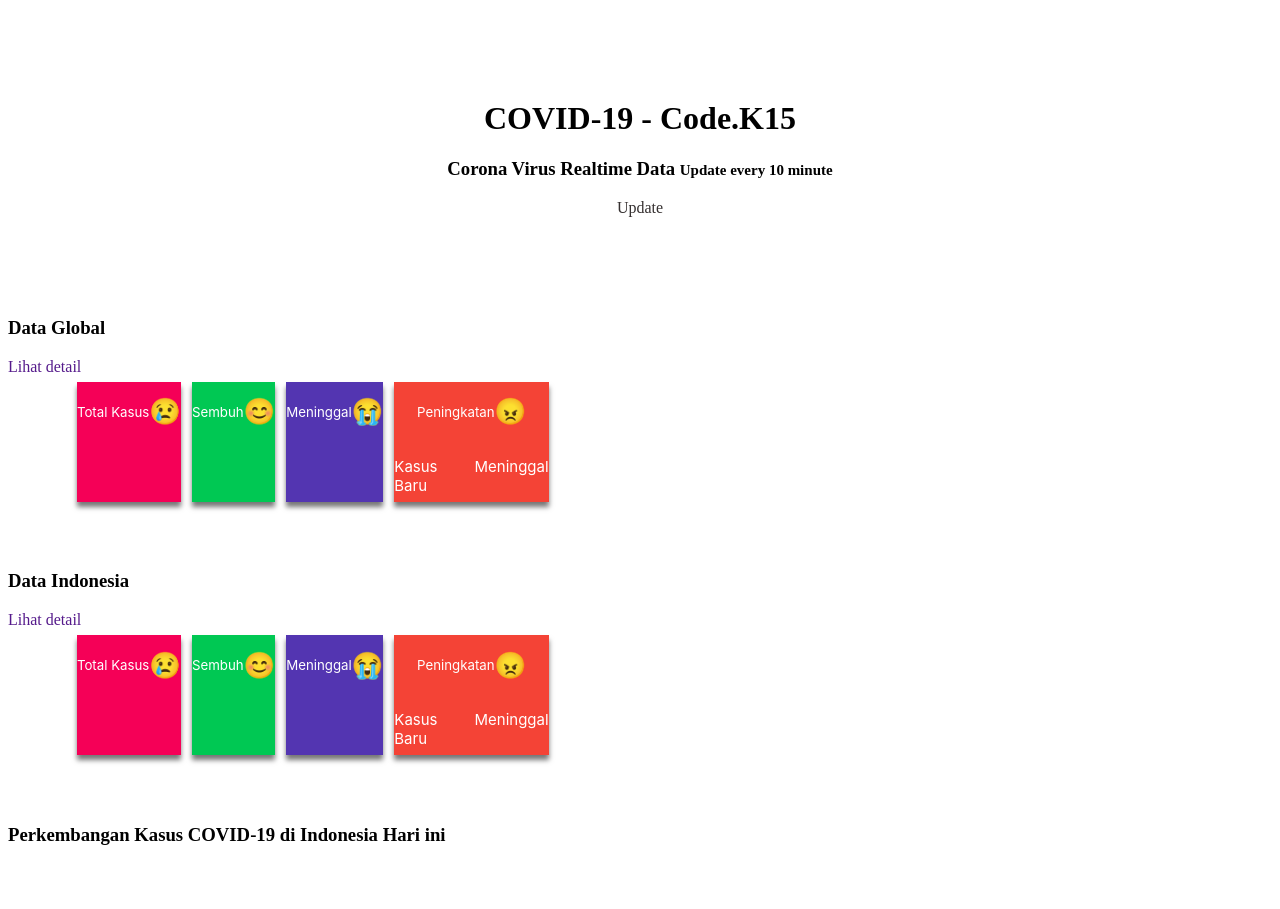
Repository: fathur15/covid19-monitoring
Page: http://localhost/covid19/apps/views/data/main/dashboard.php
These files come from the project's save history. The page is drawn as it stood at one moment and after the next save; the edit follows.
The browser window is 1280 px wide. The pictures show the whole page.
The page is run by PHP 8.4 with error messages shown; the project is at /var/www/html/.

Above is the page before, as saved 2020-04-14 13:35:51.

### apps/views/data/main/dashboard.php

<style>

    #resumeGlobal p, h5{
        color: white;
        font-weight: 400;
        font-family: -apple-system, BlinkMacSystemFont, 'Segoe UI', Roboto, Oxygen, Ubuntu, Cantarell, 'Open Sans', 'Helvetica Neue', sans-serif
    }
    #resumeIndonesia p, h5{
        color: white;
        font-weight: 400;
        font-family: -apple-system, BlinkMacSystemFont, 'Segoe UI', Roboto, Oxygen, Ubuntu, Cantarell, 'Open Sans', 'Helvetica Neue', sans-serif
    }
    .shadow-box{
        -webkit-box-shadow: 0 15px 10px #777;
        -moz-box-shadow: 0 15px 10px #777;
        box-shadow: 0 5px 5px #777;

    }
    .content-main-wrapper{
        margin: 5% 0;
    }
    /* .shadow-box:after{
        -webkit-transform: rotate(3deg);
        -moz-transform: rotate(3deg);
        -o-transform: rotate(3deg);
        -ms-transform: rotate(3deg);
        transform: rotate(3deg);
        right: 10px;
        left: auto;
    } */

</style>
<div class="content">
    <div class="heading" style="margin: 100px 30%; text-align: center">
        <h1>COVID-19 - Code.K15</h1>
        <h3>Corona Virus Realtime Data <small style="font-size: 15px">Update every 10 minute</small></h3>
        <p id="date-update" style="color: #353030;">Update</p>
    </div>
    <div class="main">
        <div class="container">
            <div class="row content-main-wrapper">
                <div class="head-main-content">
                    <h3>Data Global</h3>
                    <a style="text-decoration: none" href="">Lihat detail  <i class="fas fa-long-arrow-alt-right" aria-hidden="true"></i></a>
                </div>
                <div  id="resumeGlobal" class="" style="width: 90%; display: flex; margin: 0 5%;" >
                    <div class="card col-sm-3 shadow-box" style="background: #f50057; margin: 0.5%; align-items: center; height: 120px ">
                        <div class="card-body">
                            <div style="flex-direction: row; display: flex; justify-content: center; align-items: center">
                                <h5 id="title-kasus-global" class="card-text">Total Kasus</h5>
                                <span style="color: black; font-size: 25px; text-shadow: 0 0 0 yellow">&#x1F622</span>
                            </div>
                            <p class="card-text" id="kasus-global"></p>
                        </div>
                    </div>
                    <div class="card col-sm-3 shadow-box" style="background: #00c853; margin: 0.5%; align-items: center; height: 120px ">
                        <div class="card-body">
                            <div style="flex-direction: row; display: flex; justify-content: center; align-items: center">
                                <h5 id="title-kasus-global" class="card-text">Sembuh</h5>
                                <span style="color: black; font-size: 25px; text-shadow: 0 0 0 yellow">&#x1F60A</span>
                            </div>
                            <p class="card-text" id="sembuh-global"></p>
                            <!-- <p style="">Orang</p> -->
                        </div>
                    </div>
                    <div class="card col-sm-3 shadow-box" style="margin: 0.5%; height: 120px;align-items: center;  background :#5335b1">
                        <div class="card-body">
                            <div style="flex-direction: row; display: flex; justify-content: center; align-items: center;">
                                <h5 id="title-kasus-global" class="card-text">Meninggal</h5>
                                <span style="color: black; font-size: 25px; text-shadow: 0 0 0 yellow">&#x1F62D</span>
                            </div>
                            <p class="card-text" id="meninggal-global"></p>
                            <!-- <p style="">Orang</p> -->
                        </div>
                    </div>
                    <div class="card col-sm-3 shadow-box" style="margin: 0.5%; height: 120px; background: #f44336">
                        <div class="card-body">
                            <div style="flex-direction: row; display: flex; justify-content: center; align-items: center;">
                                <h5 id="title-kasus-global" class="card-text">Peningkatan</h5>
                                <span style="color: black; font-size: 25px; text-shadow: 0 0 0 yellow">&#x1F620</span>
                            </div>
                            <div style="flex-direction: row; display: flex;">
                                <p style="font-size: 15px">Kasus Baru</p>
                                <p style="margin-left: 10%; font-size: 15px">Meninggal </p>
                            </div>
                            <div style="display: flex; margin-top: -9%">
                                <p style="font-size: 15px" class="card-text" id="kasus-baru-global"></p>
                                <p style="margin-left: 10%; font-size: 15px" class="card-text" id="meninggal-baru-global"></p>
                            </div>
                        </div>
                    </div>
                </div>
            </div>
            <div class="row content-main-wrapper" >
                <div class="head-main-content">
                    <h3>Data Indonesia</h3>
                    <a style="text-decoration: none" href="">Lihat detail  <i class="fas fa-long-arrow-alt-right" aria-hidden="true"></i></a>
                </div>
                <div  id="resumeIndonesia" class="" style="width: 90%; display: flex; margin: 0 5%;" >
                    <div class="card col-sm-3 shadow-box" style="background: #f50057; margin: 0.5%; align-items: center; height: 120px ">
                        <div class="card-body">
                            <div style="flex-direction: row; display: flex; justify-content: center; align-items: center">
                                <h5 id="title-kasus-indonesia" class="card-text">Total Kasus</h5>
                                <span style="color: black; font-size: 25px; text-shadow: 0 0 0 yellow">&#x1F622</span>
                            </div>
                            <p style="font-size: 14px" class="card-text" id="kasus-indonesia"></p>
                        </div>
                    </div>
                    <div class="card col-sm-3 shadow-box" style="background: #00c853; margin: 0.5%; align-items: center; height: 120px ">
                        <div class="card-body">
                            <div style="flex-direction: row; display: flex; justify-content: center; align-items: center">
                                <h5 id="title-kasus-indonesia" class="card-text">Sembuh</h5>
                                <span style="color: black; font-size: 25px; text-shadow: 0 0 0 yellow">&#x1F60A</span>
                            </div>
                            <p class="card-text" id="sembuh-indonesia"></p>
                        </div>
                    </div>
                    <div class="card col-sm-3 shadow-box" style="margin: 0.5%; height: 120px;align-items: center;  background :#5335b1">
                        <div class="card-body">
                            <div style="flex-direction: row; display: flex; justify-content: center; align-items: center;">
                                <h5 id="title-kasus-indonesia" class="card-text">Meninggal</h5>
                                <span style="color: black; font-size: 25px; text-shadow: 0 0 0 yellow">&#x1F62D</span>
                            </div>
                            <p class="card-text" id="meninggal-indonesia"></p>
                        </div>
                    </div>
                    <div class="card col-sm-3 shadow-box" style="margin: 0.5%; height: 120px; background: #f44336">
                        <div class="card-body">
                            <div style="flex-direction: row; display: flex; justify-content: center; align-items: center;">
                                <h5 id="title-kasus-indonesia" class="card-text">Peningkatan</h5>
                                <span style="color: black; font-size: 25px; text-shadow: 0 0 0 yellow">&#x1F620</span>
                            </div>
                            <div style="flex-direction: row; display: flex;">
                                <p style="font-size: 15px">Kasus Baru</p>
                                <p style="margin-left: 10%; font-size: 15px">Meninggal </p>
                            </div>
                            <div style="display: flex; margin-top: -9%">
                                <p style="font-size: 15px" class="card-text" id="kasus-baru-indonesia"></p>
                                <p style="margin-left: 10%; font-size: 15px" class="card-text" id="meninggal-baru-indonesia"></p>
                            </div>
                        </div>
                    </div>
                </div>
            </div>
            <div class="row content-main-wrapper" >
                 <div class="head-main-content">
                    <h3>Perkembangan Kasus COVID-19 di Indonesia Hari ini</h3>
                </div>
            </div>
        </div>
    </div>
</div>

After the next save:
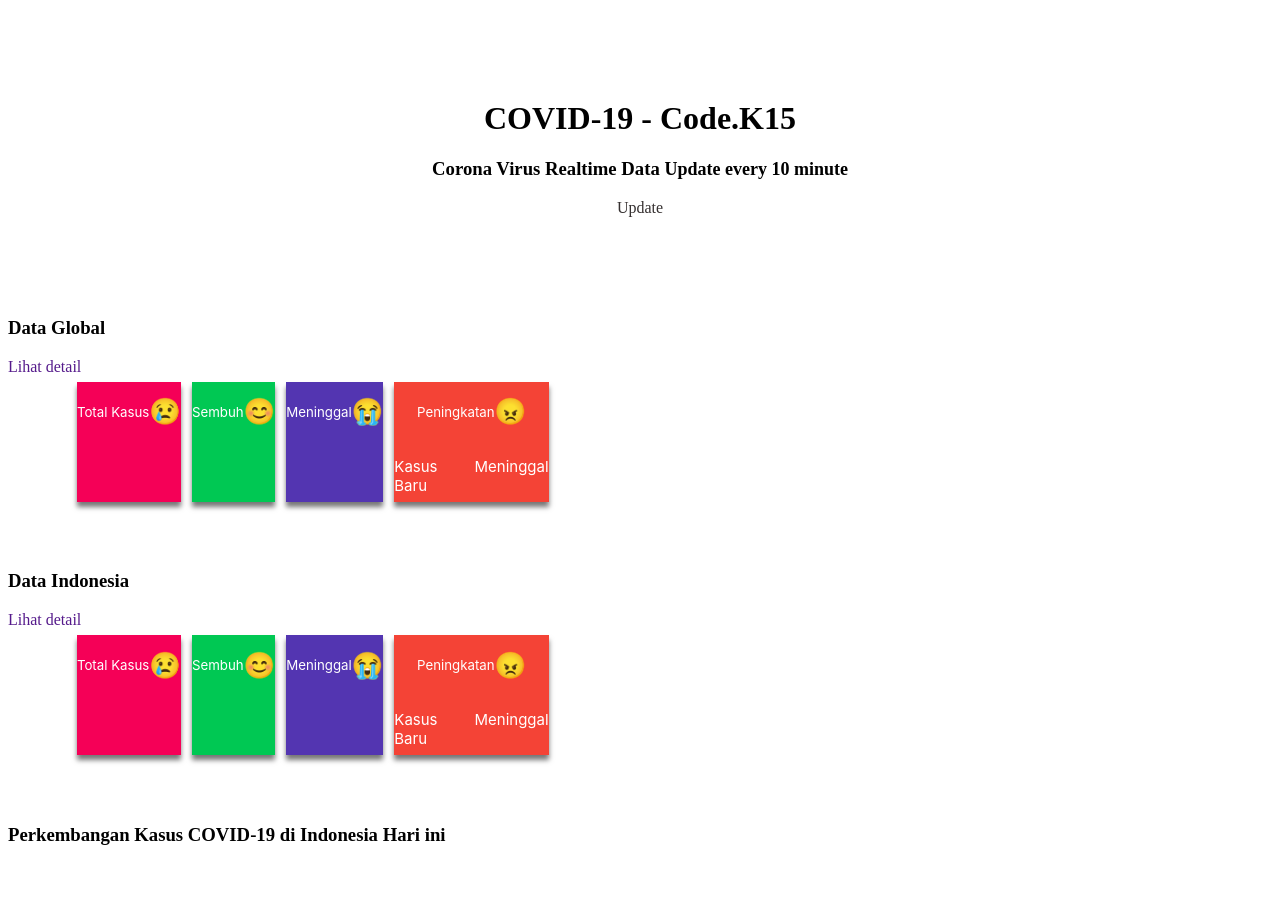
Saved 14 s later.
--- a/apps/views/data/main/dashboard.php
+++ b/apps/views/data/main/dashboard.php
@@ -34,7 +34,7 @@
 <div class="content">
     <div class="heading" style="margin: 100px 30%; text-align: center">
         <h1>COVID-19 - Code.K15</h1>
-        <h3>Corona Virus Realtime Data <small style="font-size: 15px">Update every 10 minute</small></h3>
+        <h3>Corona Virus Realtime Data <small style="font-size: 18px">Update every 10 minute</small></h3>
         <p id="date-update" style="color: #353030;">Update</p>
     </div>
     <div class="main">
